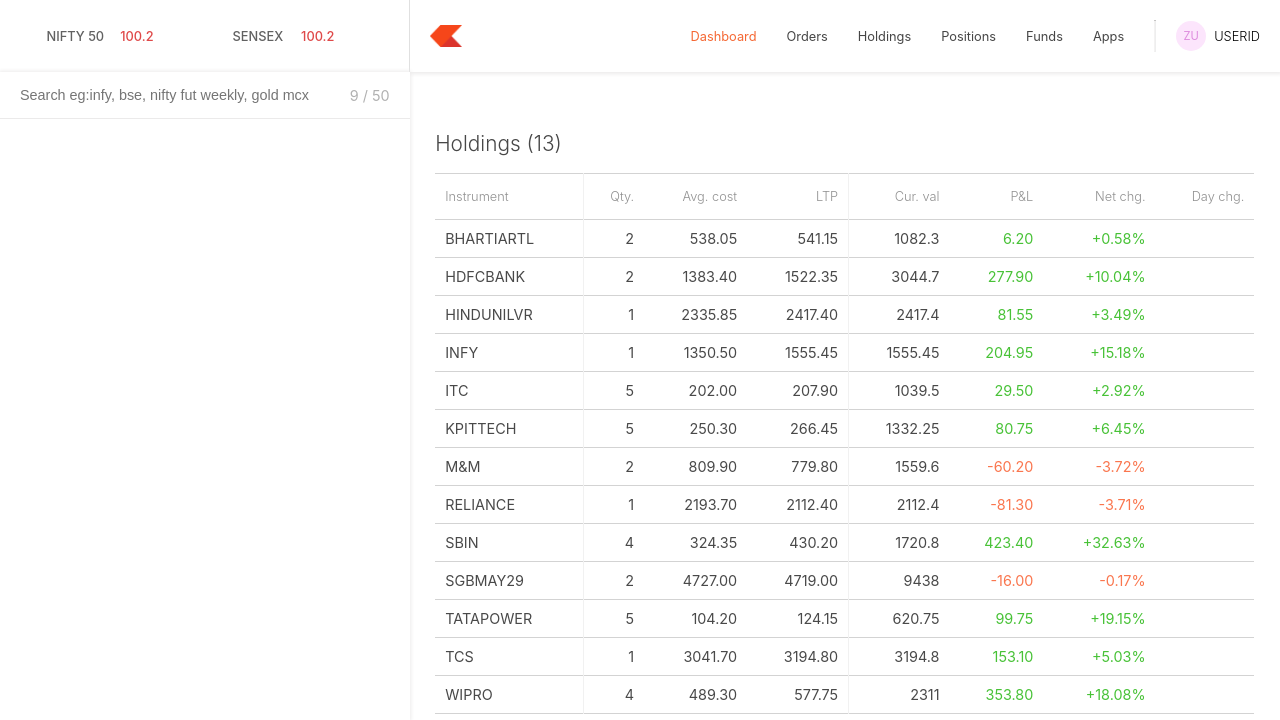
Repository: rushikesh-kolpe21/zerodha_4
Page: /holdings (app in dashboard/)
An editor plug-in stored every save of this project. The page is shown before and after the next save, followed by the edit.
The browser window is 1280 px wide. The pictures show the whole page.
An inner scrolling area shows only its first screen. The project was rebuilt for these pictures with package versions that can differ from the ones it lists, and the page was loaded fresh each time. Also part of the build but not shown: dashboard/vite.config.js, dashboard/src/components/Apps.jsx, dashboard/src/components/Funds.jsx, dashboard/src/components/Orders.jsx, dashboard/src/components/Positions.jsx, dashboard/src/components/Summary.jsx.

Above is the page before, as saved 2025-03-25 07:42:01.

### dashboard/src/App.jsx

import React from "react";
// import ReactDOM from "react-dom/client";
import { BrowserRouter, Route, Routes } from "react-router-dom";
// import "./index.css";
import Home from "./components/Home";

function App() {
  return (
    <>
      <BrowserRouter>
        <Routes>
          <Route path="/*" element={<Home />} />
        </Routes>
      </BrowserRouter>
    </>
  );
}

export default App;

### dashboard/src/components/Home.jsx
import React from 'react'
import TopBar from './TopBar'
import Dashboard from './Dashboard'

function Home() {
  return (
  <>
  <TopBar/>
  <Dashboard/>
  </>
  )
}

export default Home

### dashboard/src/components/Dashboard.jsx
import React from "react";
import { Route, Routes } from "react-router-dom";

import Apps from "./Apps";
import Funds from "./Funds";
import Holdings from "./Holdings";

import Orders from "./Orders";
import Positions from "./Positions";
import Summary from "./Summary";
import WatchList from "./WatchList";
// import { GeneralContextProvider } from "./GeneralContext";

const Dashboard = () => {
  return (
    <div className="dashboard-container">
        <WatchList />

      <div className="content">
        <Routes>
          <Route exact path="/" element={<Summary />} />
          <Route path="/orders" element={<Orders />} />
          <Route path="/holdings" element={<Holdings />} />
          <Route path="/positions" element={<Positions />} />
          <Route path="/funds" element={<Funds />} />
          <Route path="/apps" element={<Apps />} />
        </Routes>
      </div>
    </div>
  );
};

export default Dashboard;

### dashboard/src/components/Menu.jsx
import React, { useState } from "react";
import { Link } from "react-router";

const Menu = () => {
  const [selectedMenu, setSelectedMenu] = useState(0);
  const [isProfileDropdownOpen, setIsProfileDropdownOpen] = useState(false);

  const handleMenuClick = (index) => {
    setSelectedMenu(index);
  };

  const handleProfileClick = () => {
    setIsProfileDropdownOpen(!isProfileDropdownOpen);
  };

  const menuClass = "menu";
  const activeMenuClass = "menu selected";

  return (
    <div className="menu-container">
      <img src="logo.png" style={{ width: "32px" }} />
      <div className="menus">
        <ul>
          <li>
            <Link
              style={{ textDecoration: "none" }}
              to="/"
              onClick={() => handleMenuClick(0)}
            >
              <p className={selectedMenu === 0 ? activeMenuClass : menuClass}>
                Dashboard
              </p>
            </Link>
          </li>
          <li>
            <Link
              style={{ textDecoration: "none" }}
              to="/orders"
              onClick={() => handleMenuClick(1)}
            >
              <p className={selectedMenu === 1 ? activeMenuClass : menuClass}>
                Orders
              </p>
            </Link>
          </li>
          <li>
            <Link
              style={{ textDecoration: "none" }}
              to="/holdings"
              onClick={() => handleMenuClick(2)}
            >
              <p className={selectedMenu === 2 ? activeMenuClass : menuClass}>
                Holdings
              </p>
            </Link>
          </li>
          <li>
            <Link
              style={{ textDecoration: "none" }}
              to="/positions"
              onClick={() => handleMenuClick(3)}
            >
              <p className={selectedMenu === 3 ? activeMenuClass : menuClass}>
                Positions
              </p>
            </Link>
          </li>
          <li>
            <Link
              style={{ textDecoration: "none" }}
              to="/funds"
              onClick={() => handleMenuClick(4)}
            >
              <p className={selectedMenu === 4 ? activeMenuClass : menuClass}>
                Funds
              </p>
            </Link>
          </li>
          <li>
            <Link
              style={{ textDecoration: "none" }}
              to="/apps"
              onClick={() => handleMenuClick(5)}
            >
              <p className={selectedMenu === 5 ? activeMenuClass : menuClass}>
                Apps
              </p>
            </Link>
          </li>
        </ul>
        <hr />
        <div className="profile" onClick={handleProfileClick}>
          <div className="avatar">ZU</div>
          <p className="username">USERID</p>
        </div>
      </div>
    </div>
  );
};

export default Menu;

### dashboard/src/components/Holdings.jsx
import React from "react";
import {holdings} from '../data/data';

const Holdings = () => {
  return (
    <>
      <h3 className="title"> Holdings ({holdings.length})</h3>

      <div className="order-table">
        <table>
          <tr>
            <th>Instrument</th>
            <th>Qty.</th>
            <th>Avg. cost</th>
            <th>LTP</th>
            <th>Cur. val</th>
            <th>P&L</th>
            <th>Net chg.</th>
            <th>Day chg.</th>
          </tr>

          {holdings.map((stock, index)=>{
            const currValue = stock.price * stock.qty;
            const isProfit = currValue - stock.avg * stock.qty >= 0.0;
            const profClass = isProfit ? "profit" : "loss";
            const dayClass = stock.isLoss ? "loss" : "profit";

            return(
              <tr key={index}>
               <td>{stock.name}</td>
                <td>{stock.qty}</td>
                <td>{stock.avg.toFixed(2)}</td>
                <td>{stock.price.toFixed(2)}</td>
                <td>{currValue}</td>
                <td className={profClass}>
                  {(currValue - stock.avg * stock.qty).toFixed(2)}
                </td>
                <td className={profClass}>{stock.net}</td>
                <td className={dayClass}>{stock.chg}</td>
              </tr>
            )
          })}
        </table>
      </div>

      <div className="row">
        <div className="col">
          <h5>
            29,875.<span>55</span>{" "}
          </h5>
          <p>Total investment</p>
        </div>
        <div className="col">
          <h5>
            31,428.<span>95</span>{" "}
          </h5>
          <p>Current value</p>
        </div>
        <div className="col">
          <h5>1,553.40 (+5.20%)</h5>
          <p>P&L</p>
        </div>
      </div>
    </>
  );
};

export default Holdings;

### dashboard/src/components/WatchList.jsx
import React from "react";

const WatchList = () => {
  return (
    <div className="watchlist-container">
      <div className="search-container">
        <input
          type="text"
          name="search"
          id="search"
          placeholder="Search eg:infy, bse, nifty fut weekly, gold mcx"
          className="search"
        />
        <span className="counts"> 9 / 50</span>
      </div>

      <ul className="list"></ul>
    </div>
  );
};

export default WatchList;

### dashboard/src/data/data.js
export const watchlist = [
    {
      name: "INFY",
      price: 1555.45,
      percent: "-1.60%",
      isDown: true,
    },
    {
      name: "ONGC",
      price: 116.8,
      percent: "-0.09%",
      isDown: true,
    },
    {
      name: "TCS",
      price: 3194.8,
      percent: "-0.25%",
      isDown: true,
    },
    {
      name: "KPITTECH",
      price: 266.45,
      percent: "3.54%",
      isDown: false,
    },
    {
      name: "QUICKHEAL",
      price: 308.55,
      percent: "-0.15%",
      isDown: true,
    },
    {
      name: "WIPRO",
      price: 577.75,
      percent: "0.32%",
      isDown: false,
    },
    {
      name: "M&M",
      price: 779.8,
      percent: "-0.01%",
      isDown: true,
    },
    {
      name: "RELIANCE",
      price: 2112.4,
      percent: "1.44%",
      isDown: false,
    },
    {
      name: "HUL",
      price: 512.4,
      percent: "1.04%",
      isDown: false,
    },
  ];

  // holdings
  export const holdings = [
    {
      name: "BHARTIARTL",
      qty: 2,
      avg: 538.05,
      price: 541.15,
      net: "+0.58%",
      day: "+2.99%",
    },
    {
      name: "HDFCBANK",
      qty: 2,
      avg: 1383.4,
      price: 1522.35,
      net: "+10.04%",
      day: "+0.11%",
    },
    {
      name: "HINDUNILVR",
      qty: 1,
      avg: 2335.85,
      price: 2417.4,
      net: "+3.49%",
      day: "+0.21%",
    },
    {
      name: "INFY",
      qty: 1,
      avg: 1350.5,
      price: 1555.45,
      net: "+15.18%",
      day: "-1.60%",
      isLoss: true,
    },
    {
      name: "ITC",
      qty: 5,
      avg: 202.0,
      price: 207.9,
      net: "+2.92%",
      day: "+0.80%",
    },
    {
      name: "KPITTECH",
      qty: 5,
      avg: 250.3,
      price: 266.45,
      net: "+6.45%",
      day: "+3.54%",
    },
    {
      name: "M&M",
      qty: 2,
      avg: 809.9,
      price: 779.8,
      net: "-3.72%",
      day: "-0.01%",
      isLoss: true,
    },
    {
      name: "RELIANCE",
      qty: 1,
      avg: 2193.7,
      price: 2112.4,
      net: "-3.71%",
      day: "+1.44%",
    },
    {
      name: "SBIN",
      qty: 4,
      avg: 324.35,
      price: 430.2,
      net: "+32.63%",
      day: "-0.34%",
      isLoss: true,
    },
    {
      name: "SGBMAY29",
      qty: 2,
      avg: 4727.0,
      price: 4719.0,
      net: "-0.17%",
      day: "+0.15%",
    },
    {
      name: "TATAPOWER",
      qty: 5,
      avg: 104.2,
      price: 124.15,
      net: "+19.15%",
      day: "-0.24%",
      isLoss: true,
    },
    {
      name: "TCS",
      qty: 1,
      avg: 3041.7,
      price: 3194.8,
      net: "+5.03%",
      day: "-0.25%",
      isLoss: true,
    },
    {
      name: "WIPRO",
      qty: 4,
      avg: 489.3,
      price: 577.75,
      net: "+18.08%",
      day: "+0.32%",
    },
  ];

  // positions
  export const positions = [
    {
      product: "CNC",
      name: "EVEREADY",
      qty: 2,
      avg: 316.27,
      price: 312.35,
      net: "+0.58%",
      day: "-1.24%",
      isLoss: true,
    },
    {
      product: "CNC",
      name: "JUBLFOOD",
      qty: 1,
      avg: 3124.75,
      price: 3082.65,
      net: "+10.04%",
      day: "-1.35%",
      isLoss: true,
    },
  ];

Loaded but not shown: dashboard/index.html (common file); dashboard/src/main.jsx (common file); dashboard/src/index.css (common file); dashboard/src/components/TopBar.jsx (common file)

After the next save:
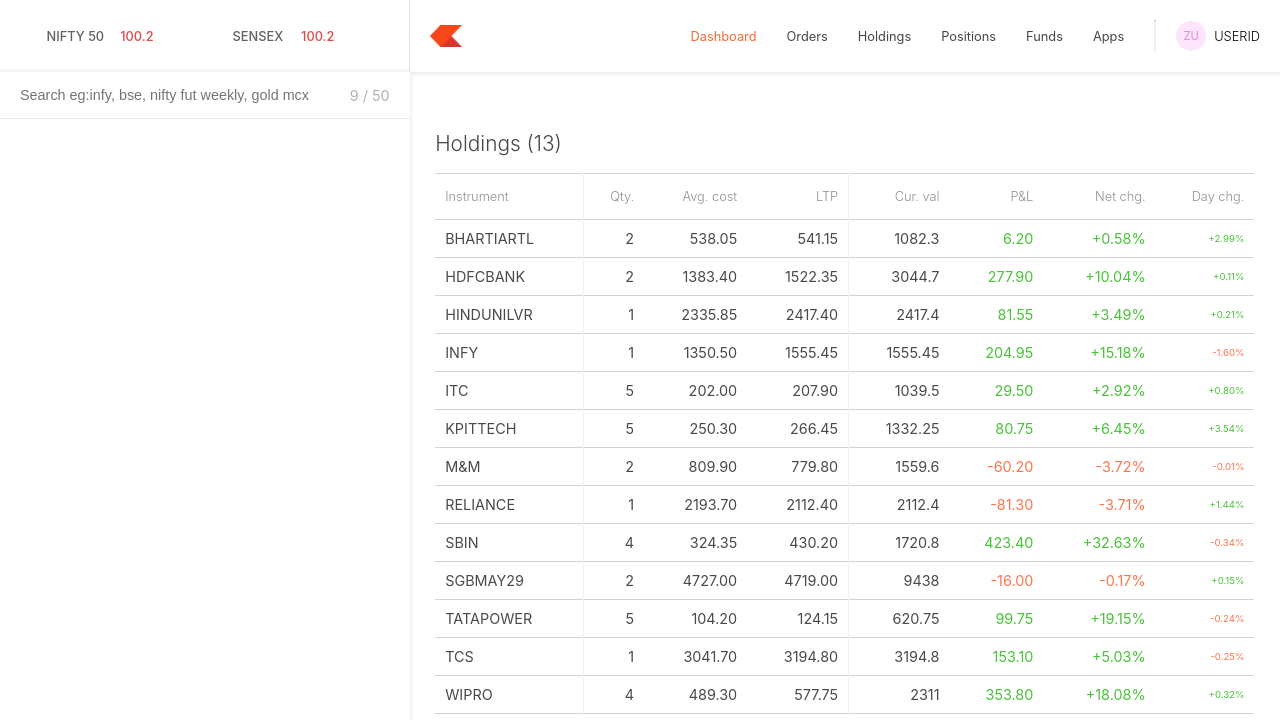
Saved 17 s later.
--- a/dashboard/src/components/Holdings.jsx
+++ b/dashboard/src/components/Holdings.jsx
@@ -36,7 +36,7 @@
                   {(currValue - stock.avg * stock.qty).toFixed(2)}
                 </td>
                 <td className={profClass}>{stock.net}</td>
-                <td className={dayClass}>{stock.chg}</td>
+                <td className={dayClass}>{stock.day}</td>
               </tr>
             )
           })}
